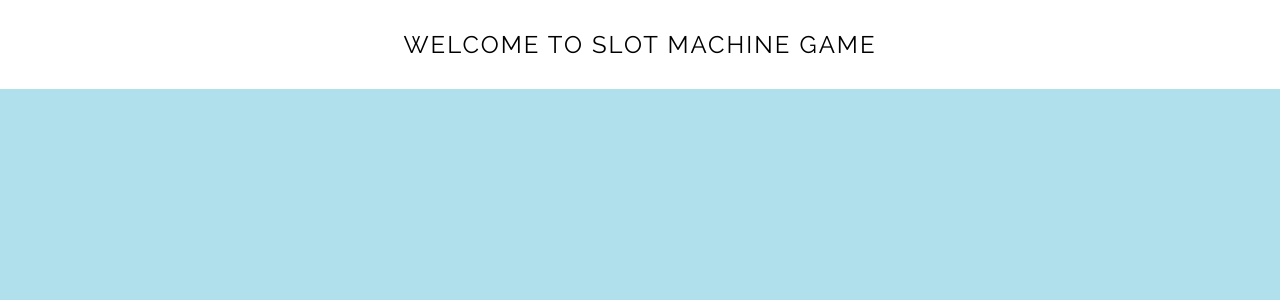
Repository: duggallakshya/slotMachineReact
Page: /
The author's editor kept a copy of each file at every save. The page is drawn from the files as they stood at one save, then again after the next save.
The browser window is 1280 px wide. The pictures show the whole page.
The project was rebuilt for these pictures with package versions that can differ from the ones it lists, and the page was loaded fresh each time.

Above is the page before, as saved 2022-03-22 21:25:19.

After the next save:
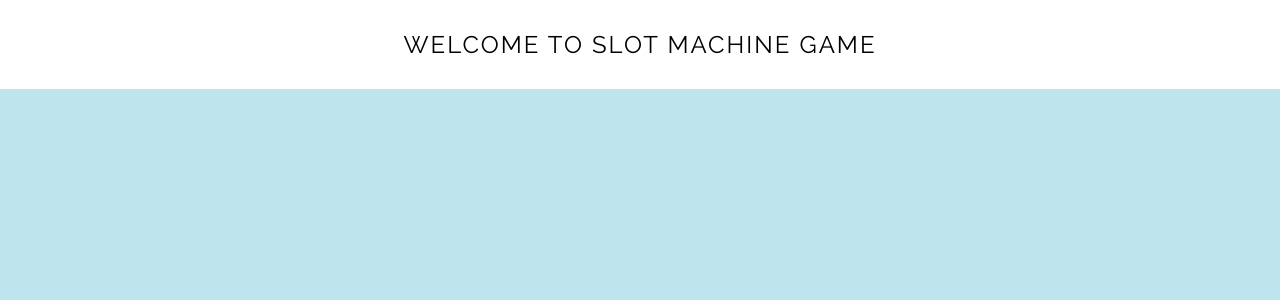
Saved 7 s later.
--- a/src/index.css
+++ b/src/index.css
@@ -1,6 +1,6 @@
 @import url('https://fonts.googleapis.com/css2?family=Raleway&display=swap');
 body{
-  background-color: rgb(175, 224, 236);
+  background-color: rgb(190, 228, 238);
   margin: 0;
   padding: 0;
 
